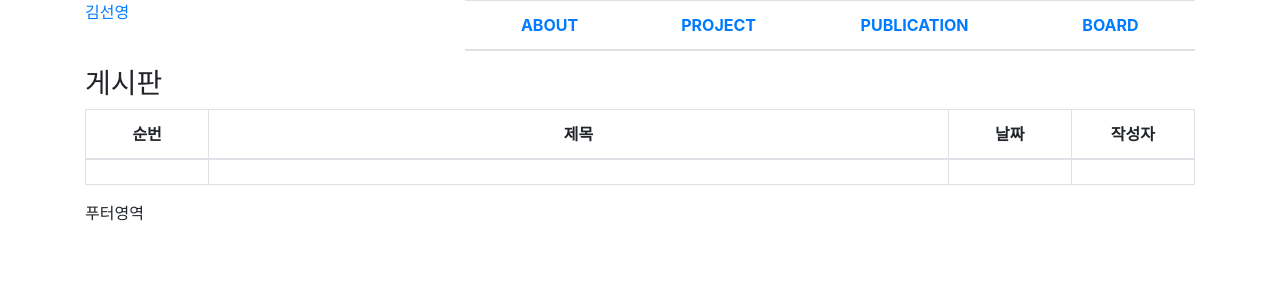
Repository: supremest35/web-projects
Page: http://localhost/noticeboard/board/list.jsp
The author's editor kept a copy of each file at every save. The page is drawn from the files as they stood at one save, then again after the next save.
The browser window is 1280 px wide. The pictures show the whole page.
The page is served by Tomcat 9.

Above is the page before, as saved 2020-12-06 03:43:33.

After the next save:
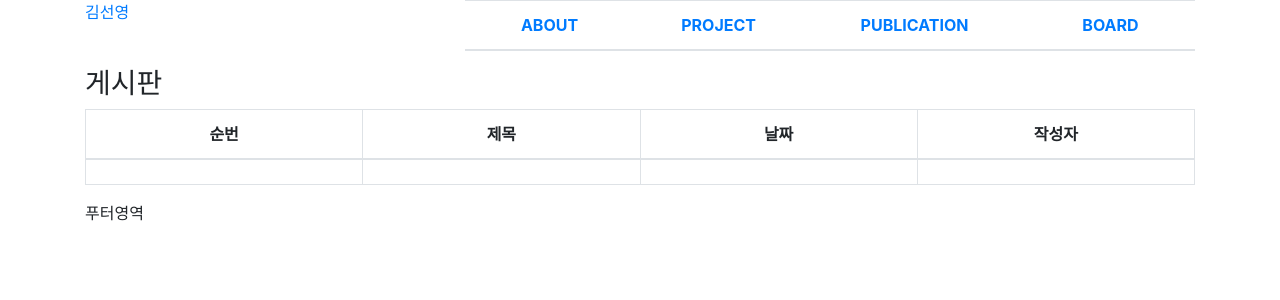
Saved 15 s later.
--- a/noticeboard/WebContent/board/list.jsp
+++ b/noticeboard/WebContent/board/list.jsp
@@ -41,10 +41,10 @@
 			<table class="table table-bordered table-hover">
 				<thead>
 					<tr>
-						<th >순번</th>
-						<th style="width:600px; text-align: center;">제목</th>
-						<th style="width:100px; text-align: center;">날짜</th>
-						<th style="width:100px; text-align: center;">작성자</th>
+						<th>순번</th>
+						<th>제목</th>
+						<th>날짜</th>
+						<th>작성자</th>
 					</tr>
 				</thead>
 				<tbody>
